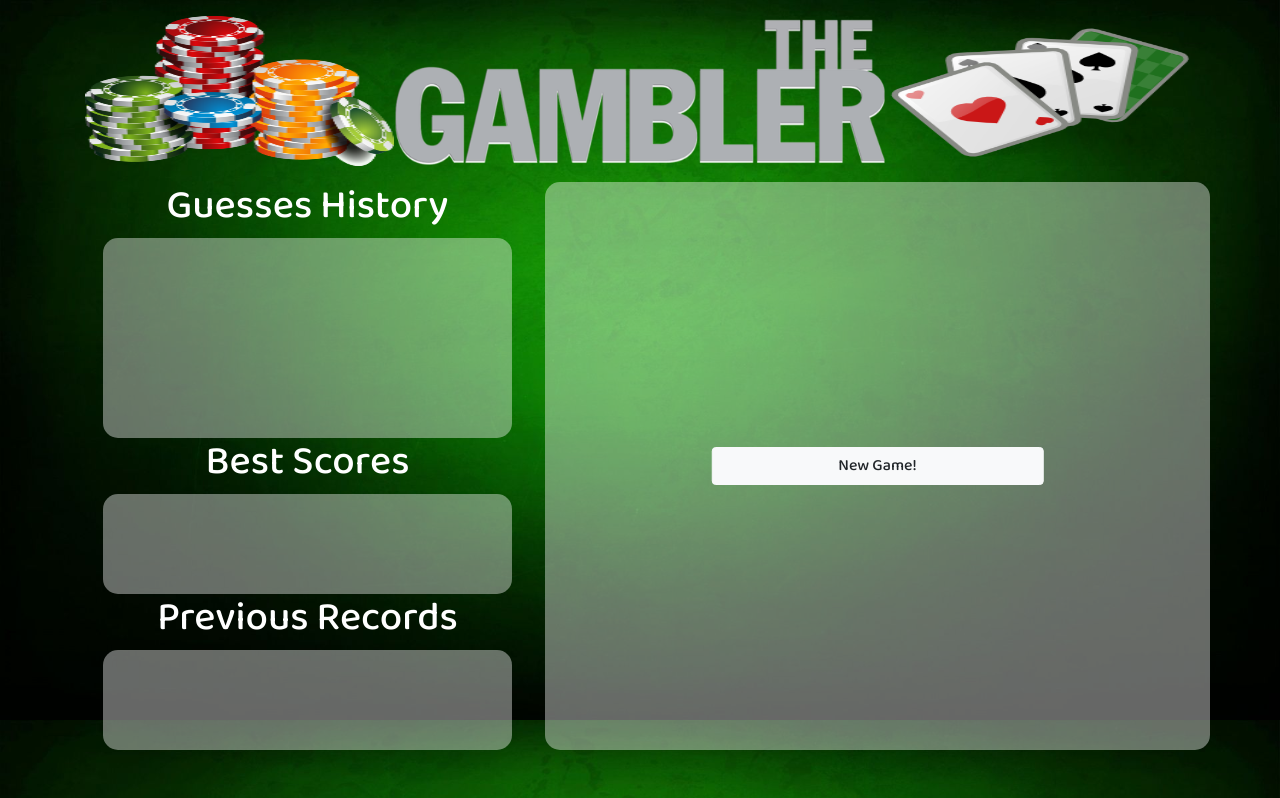
Repository: tts2610/NumberGuessingGame
Page: index.html
The author's editor kept a copy of each file at every save. The page is drawn from the files as they stood at one save, then again after the next save.
The browser window is 1280 px wide. The pictures show the whole page.
Backgrounds fixed to the window are drawn as part of the page.

Above is the page before, as saved 2020-05-14 02:37:14.

### index.html
<!DOCTYPE html>
<html lang="en">

<head>
    <meta charset="UTF-8">
    <meta name="viewport" content="width=device-width, initial-scale=1.0">
    <title>Document</title>
    <link rel="stylesheet" href="https://maxcdn.bootstrapcdn.com/bootstrap/4.4.1/css/bootstrap.min.css">

    <!-- jQuery library -->
    <script src="https://ajax.googleapis.com/ajax/libs/jquery/3.4.1/jquery.min.js"></script>

    <!-- Popper JS -->
    <script src="https://cdnjs.cloudflare.com/ajax/libs/popper.js/1.16.0/umd/popper.min.js"></script>

    <!-- Latest compiled JavaScript -->
    <script src="https://maxcdn.bootstrapcdn.com/bootstrap/4.4.1/js/bootstrap.min.js"></script>

    <link href="https://fonts.googleapis.com/css2?family=Baloo+2:wght@500&display=swap" rel="stylesheet">

    <link rel="stylesheet" href="css/style.css">

</head>

<body>
    <div aria-live="polite" aria-atomic="true" style="position: relative;">
        <div style="position: absolute; top: 20px; right: 20px;" id="toast-container">
        </div>
    </div>
    <section class="container pb-5 pt-3 numberGuessingBox">
        <div class="img-container">
            <img class="center mb-3" src="img/chips.png" width="auto" height="150">
            <img class="center mb-3" src="img/gambler.png" width="auto" height="150">
            <img class="center mb-3" src="img/cards.png" width="auto" height="150">
        </div>

        <div class="row">
            <div class="col-5 left_handSide px-5">
                <h1 style="text-align: center;">Guesses History</h1>
                <div class="row box-1 py-4 px-4" id="guessHistory">

                </div>
                <h1 style="text-align: center;">Best Scores</h1>
                <div class="row box-2 py-4 px-4" id="ranking">

                </div>
                <h1 style="text-align: center;">Previous Records</h1>
                <div class="row box-2 py-4 px-4" id="previousRound">

                </div>
            </div>
            <div class="col-7 right_handSide px-5">
                <button onclick="startGame()" class="btn btn-light" id="startGameBtn">New Game!</button>

                <div id="inputDiv">
                    <div class="form customForm py-5">
                        <input type="number" class="form-control" id="guessInput" placeholder="Enter your guess here:" autofocus="autofocus" required>
                        <div class="submitBtn">
                            <button type="button" class="btn btn-primary mt-4" onclick="guessSubmit()" id="guessBtn">Guess</button>
                            <button type="button" class="btn btn-danger mt-4" onclick="reset()" id=resetBtn>Reset</button>
                        </div>
                    </div>

                    <div class="result my-3">
                        <div>Guess Remaining:
                            <span id="guessRemaining"></span>
                        </div>
                        <div>Time Remaining:
                            <div id="secondRemaining">s</div>
                        </div>
                    </div>
                </div>


            </div>
        </div>
    </section>

    <script src="js/script.js"></script>
</body>

</html>

### css/style.css
body {
    font-family: 'Baloo 2', cursive;
    background: url(../img/bg.jpg) no-repeat center center fixed;
    background-size: 100% 100%;
    height: 100%;
    position: absolute;
    width: 100%;
}

h1 {
    color: white;
}

.numberGuessingBox .row .left_handSide .box-1 {
    background-color: rgb(255, 255, 255);
    /* Fallback color */
    background-color: rgba(255, 255, 255, 0.4);
    height: 200px;
    border-radius: 15px;
    display: flex;
    flex-direction: column;
}

.numberGuessingBox .row .left_handSide .box-2 {
    background-color: rgb(255, 255, 255);
    /* Fallback color */
    background-color: rgba(255, 255, 255, 0.4);
    height: 100px;
    border-radius: 15px;
    display: flex;
    flex-direction: column;
}

.numberGuessingBox .row .right_handSide {
    background-color: rgb(255, 255, 255);
    /* Fallback color */
    background-color: rgba(255, 255, 255, 0.4);
    /* Black w/opacity/see-through */
    border-radius: 15px;
    width: auto;
    color: white;
    font-weight: bold;
}

.numberGuessingBox .row .right_handSide .customForm {
    width: 50%;
    position: absolute;
    top: 30%;
    left: 50%;
    transform: translate(-50%, -50%);
}

.numberGuessingBox .row .right_handSide .result {
    width: 50%;
    position: absolute;
    top: 65%;
    left: 50%;
    transform: translate(-50%, -50%);
    font-size: xx-large;
    text-align: center;
}

.numberGuessingBox .row .right_handSide .customForm .submitBtn {
    display: flex;
    justify-content: space-around;
}

#inputDiv {
    display: none;
}

#startGameBtn {
    width: 50%;
    position: absolute;
    top: 50%;
    left: 50%;
    transform: translate(-50%, -50%);
}

#ranking {
    display: flex;
    flex-direction: inherit;
}

.center {
    display: block;
    margin-left: auto;
    margin-right: auto;
    width: 50%;
}

.base-timer {
    position: relative;
    width: 100px;
    height: 100px;
}

.base-timer__svg {
    transform: scaleX(-1);
}

.base-timer__circle {
    fill: none;
    stroke: none;
}

.base-timer__path-elapsed {
    stroke-width: 7px;
    stroke: grey;
}

.base-timer__path-remaining {
    stroke-width: 7px;
    stroke-linecap: round;
    transform: rotate(90deg);
    transform-origin: center;
    transition: 1s linear all;
    fill-rule: nonzero;
    stroke: currentColor;
}

.base-timer__path-remaining.green {
    color: rgb(65, 184, 131);
}

.base-timer__path-remaining.orange {
    color: orange;
}

.base-timer__path-remaining.red {
    color: red;
}

.base-timer__label {
    position: absolute;
    width: 100px;
    height: 100px;
    top: 0;
    display: flex;
    align-items: center;
    justify-content: center;
    font-size: 24px;
}

.img-container {
    display: flex;
}

### js/script.js
// FOR NEW GAME EFFECT
let div = document.getElementById("inputDiv");
let startGameBtn = document.getElementById("startGameBtn");

// VARIABLE FOR CALCULATE
let historyBox = [];
let bestScores = [];
let previousRecord = [];
let guess = 9;
let second = 30;
let randomNumber = Math.floor(Math.random() * 100) + 1;
let timer;

// USER INPUT
let input = document.getElementById("guessInput");

// LEFT BOXES
let guessHistory = document.getElementById("guessHistory");
let ranking = document.getElementById("ranking");
let previousRound = document.getElementById("previousRound");

// RIGHT BOXES
let secondRemaining = document.getElementById("secondRemaining");
let guessRemaining = document.getElementById("guessRemaining");
let finalResult = document.getElementById("finalResult");

// BUTTONS
let guessBtn = document.getElementById("guessBtn");
let resetBtn = document.getElementById("resetBtn");


// TOASTER + TOASTER OUTPUT
let toaster = document.getElementById("toast-container");
let prompts = { 1: "Too Low!", 2: "Too High!", 3: "You already input that number!", 4: "Better luck next time!", 5: "Great Job!", 6: "Please input your number!" }


// =========== MAIN ============

// ENTER KEY PRESSED
$(document).keypress(function(e) {
    if (e.which == 13) {
        $("#guessBtn").click();
    }
});

$(document).ready(function() {
    div.style.display = "none";
    input.disabled = true;
    guessBtn.disabled = true;
    resetBtn.disabled = true;
});

// NEW-GAME BUTTON PRESSED
function startGame() {
    window.scroll(0, 0);
    toaster.innerHTML = ""
    secondRemaining.innerHTML = second;
    timecounting();
    guessRemaining.textContent = guess;
    displayDiv();
    enableOrDisableBtn();
    autoFocus();
    alert("Random number revealed(for testing): " + randomNumber);
}

//
//         let previousRecord = document.createElement("ul");
//         previousRecord.forEach(element => {
//             var li = document.createElement("li");
//             // element = ["failed",[guess,second]]
//             var textnode = document.createTextNode(element[0] + " / " + "Finished with " + guess - element[1][0] + 1 + " tries in " + element[1][1] + "s");
//             li.appendChild(textnode);
//             previousRecord.appendChild(li);
//         });
//         previousRound.appendChild(previousRecord);

// GUESS BUTTON PRESSED
function guessSubmit() {
    if (guessBtn.disabled) return;
    else if (input.value == '' && !guessBtn.disabled) {
        createAlert(6);
        return;
    }
    let result = getResult();
    createAlert(result);

    if ([4, 5].includes(result)) {

        resetToDefault();
        enableOrDisableBtn();
        displayDiv();

        previousRound.innerHTML = "";
        previousRecord.reverse();
        let previousRecordUl = document.createElement("ul");
        previousRecord.forEach(element => {
            var li = document.createElement("li");
            // element = ["failed",[guess,second]]
            var textnode = document.createTextNode(element[0] + " | " + "Finished with " + (guess - element[1][0]) + " tries in " + (second - element[1][1]) + "s");
            li.appendChild(textnode);
            previousRecordUl.appendChild(li);
        });
        previousRound.appendChild(previousRecordUl);
    }
    bestScores.sort((a, b) => (a.guessRemain > b.guessRemain) ? -1 : 1);
    guessHistory.innerHTML = "";
    historyBox.forEach(element => {
        var p = document.createElement("p");
        var img = document.createElement("img")
        img.src = "img/dice.png";
        img.width = 60;
        img.height = 60;
        var textnode = document.createTextNode(element); // Create a text node
        p.appendChild(img);
        p.appendChild(textnode);
        guessHistory.append(p);
    });

    if (result == 5) {
        ranking.innerHTML = "";
        bestScores.forEach((element, i) => {
            if (i == 3) {
                return;
            }
            var p = document.createElement("div");
            p.className = "mt-3 mx-4";
            var img = document.createElement("img")
            img.src = "img/" + ++i + ".png";
            img.width = 64;
            img.height = 64;
            var textnode = document.createTextNode("Sean finished with " + (guess - element.guessRemain + 1) + " guesses in " + (second - element.timeRemain) + "s!");
            p.appendChild(img);
            p.appendChild(textnode);
            var hr = document.createElement("hr");
            ranking.append(p);
            ranking.append(hr);
        });
    }

    // clear after insert
    input.value = "";
    autoFocus();
}

// RESET BUTTON PRESSED
function reset() {
    resetToDefault();
    enableOrDisableBtn();
    displayDiv();
}

// ============END-MAIN===========

// =========EXTRA-FUNCTIONS=======

function enableOrDisableBtn() {
    if (!input.disabled && !guessBtn.disabled && !resetBtn.disabled) {
        input.disabled = true;
        guessBtn.disabled = true;
        resetBtn.disabled = true;
    } else {
        input.disabled = false;
        guessBtn.disabled = false;
        resetBtn.disabled = false;
    }

}

function displayDiv() {
    if (div.style.display === "block" && startGameBtn.style.display === "none") {
        div.style.display = "none";
        startGameBtn.style.display = "block";
    } else {
        div.style.display = "block";
        startGameBtn.style.display = "none";
    }

}

function resetToDefault() {
    clearInterval(timer);
    guess = 9;
    second = 30;
    historyBox = [];
    guessHistory.innerHTML = "";
    randomNumber = Math.floor(Math.random() * 100) + 1;
}

function timecounting() {
    timer = setInterval(() => {
        if (second == 0) {
            clearInterval(timer);
            createAlert(4);
            reset();
            return;
        }
        second -= 1;
        secondRemaining.innerHTML = second + "s";
    }, 1000)

}

function getResult() {
    let result = 0;
    if (historyBox.includes(input.value)) {
        result = 3;
    } else {
        historyBox.push(input.value);
        if (input.value == randomNumber) {
            bestScores.push({ guessRemain: guess, timeRemain: second });
            previousRecord.push(["succeed", [guess, second]])
            return 5;
        } else if (input.value < randomNumber) {
            result = 1;
        } else if (input.value > randomNumber) {
            result = 2;
        }
        guessRemaining.textContent = --guess;
        if (guess == 0) {
            result = 4;
            previousRecord.push(["failed", [guess, second]])
        }
    }
    return result;
}


function createAlert(alertType) {

    let alertColor = [1, 2, 3, 4, 6].includes(alertType) ? "btn-danger" : "btn-info";
    let text = prompts[alertType];

    text += [4, 5].includes(alertType) ? "! Try another round to rank up!" : "";

    if (toaster.childElementCount > 1 || [4, 5].includes(alertType)) {
        toaster.innerHTML = "";
    }

    toaster.innerHTML += `<div class="toast" id="toast" role="alert" aria-live="assertive" aria-atomic="true" data-delay="5000">
    <div class="toast-body ${alertColor}" style="letter-spacing: 1px;">
        ${text}
    </div>
    </div>`;
    $('.toast').toast('show');
}

function autoFocus() {
    input.focus();
}

After the next save:
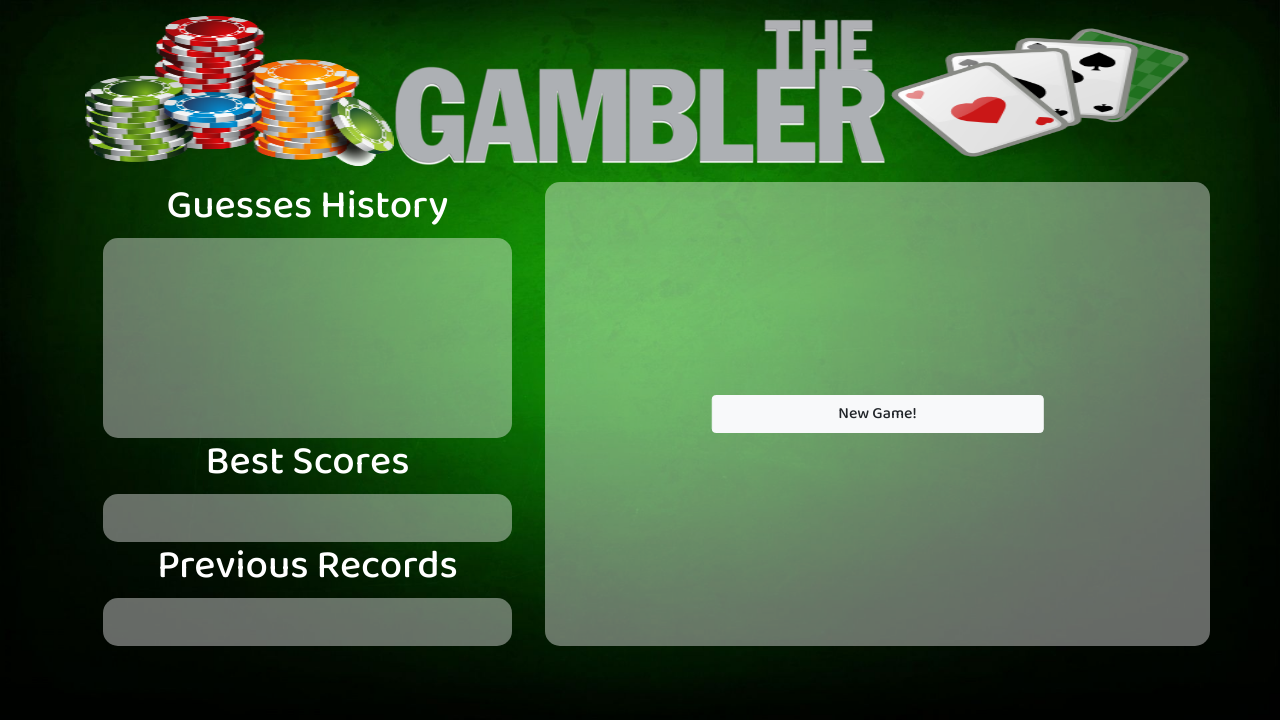
Saved 4 s later.
--- a/css/style.css
+++ b/css/style.css
@@ -25,7 +25,7 @@ h1 {
     background-color: rgb(255, 255, 255);
     /* Fallback color */
     background-color: rgba(255, 255, 255, 0.4);
-    height: 100px;
+    height: auto;
     border-radius: 15px;
     display: flex;
     flex-direction: column;
